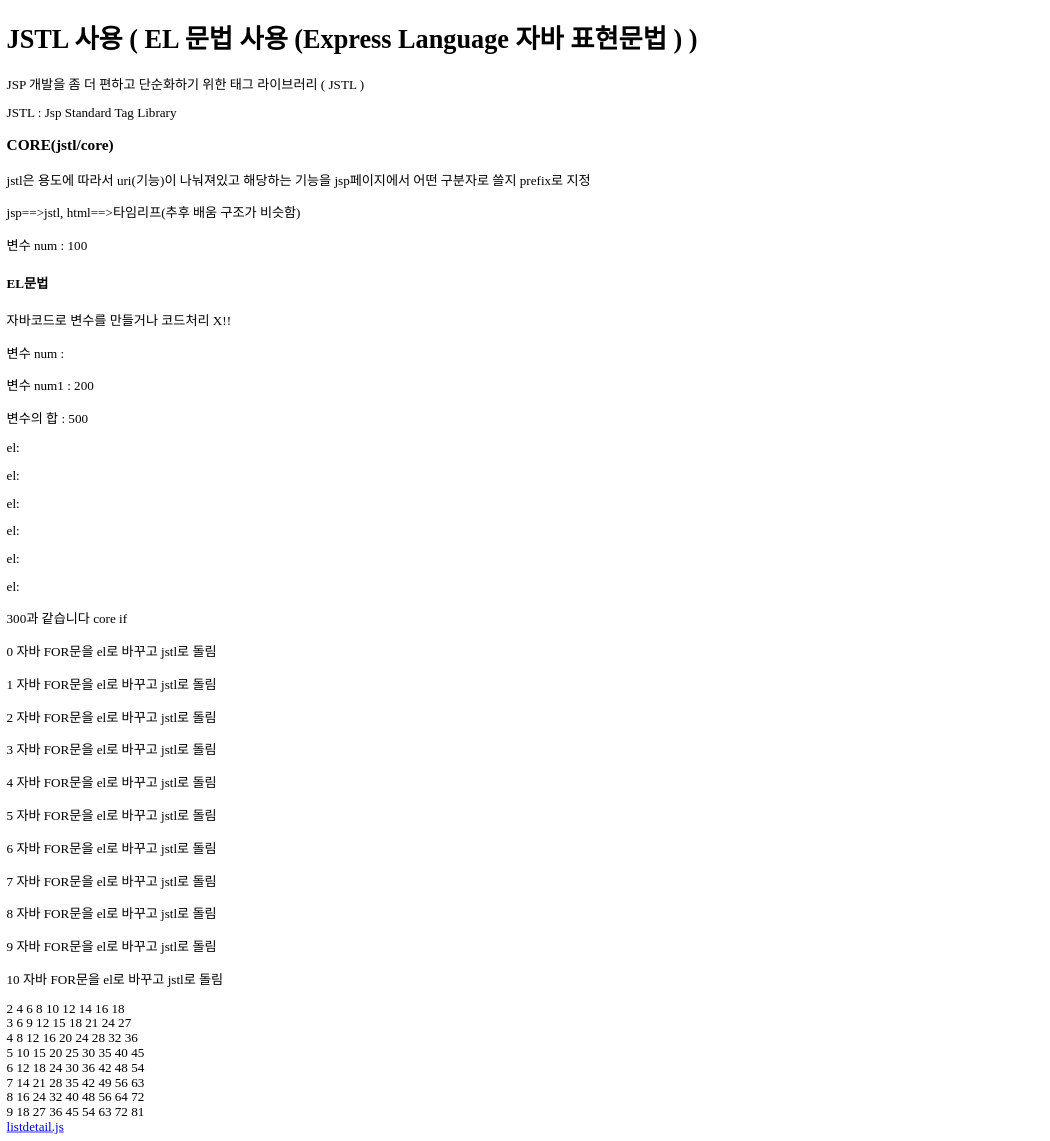
Repository: Kimgigon123123/JspServlet
Page: http://localhost/05.Mybatis/jstl/list.jsp
An editor plug-in stored every save of this project. The page is shown before and after the next save, followed by the edit.
The browser window is 1280 px wide. The pictures show the whole page, at 82% of full size.
The page is served by Tomcat 9. The template is opened directly, without the code that normally fills it, so the values that code supplies are empty.

Above is the page before, as saved 2023-05-23 02:08:25.

After the next save:
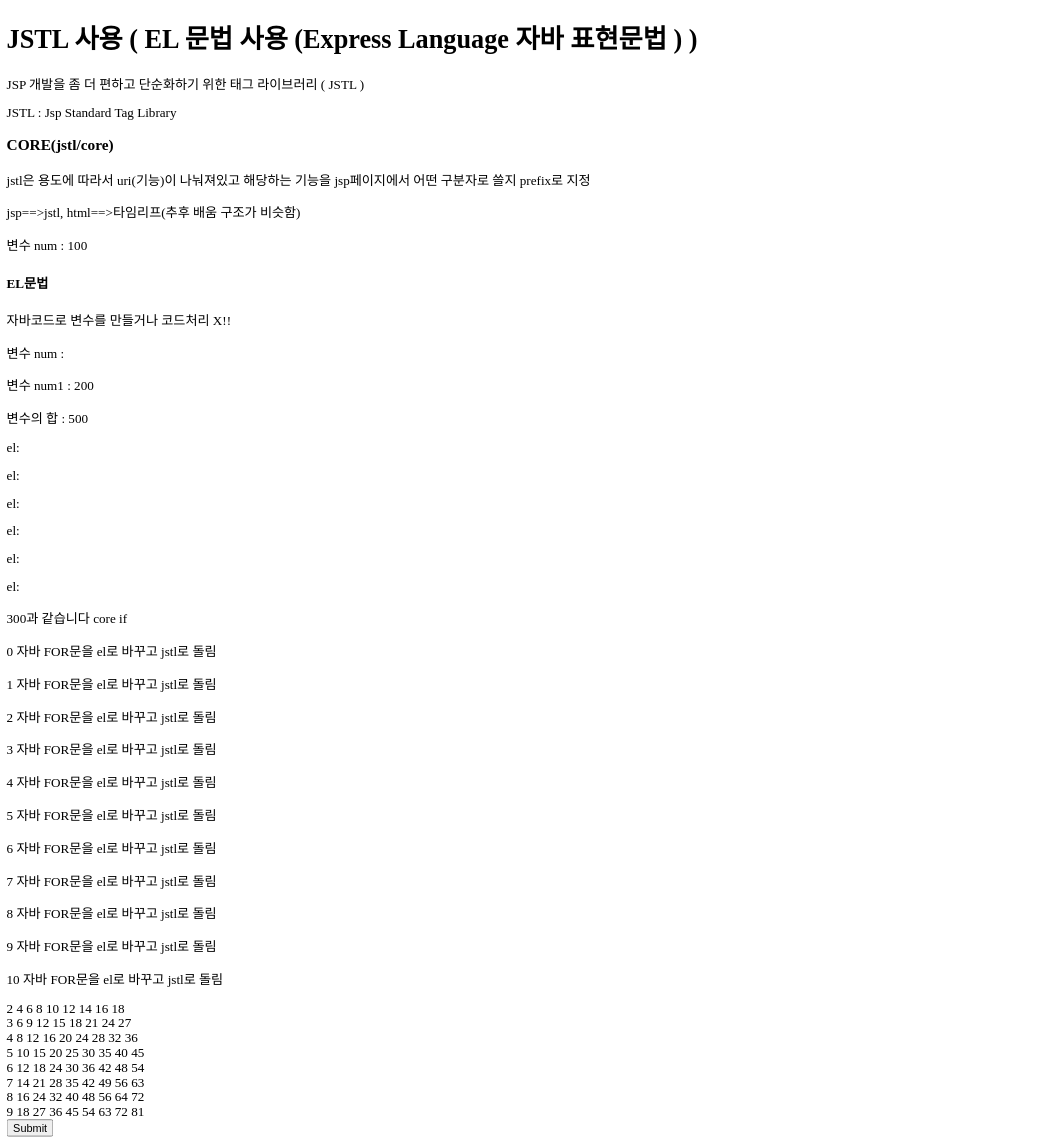
Saved 5 min 25 s later.
--- a/WorkSpace/05.Mybatis/src/main/webapp/jstl/list.jsp
+++ b/WorkSpace/05.Mybatis/src/main/webapp/jstl/list.jsp
@@ -55,7 +55,9 @@
 			url이 바뀜. => a 태그, form 태그
 		 -->
 
-		 <a href="*.js">listdetail.js</a>
+		 <form action="../JstlController.java">
+		 <input type = "submit">
+		 </form>
 
 </body>
 </html>
